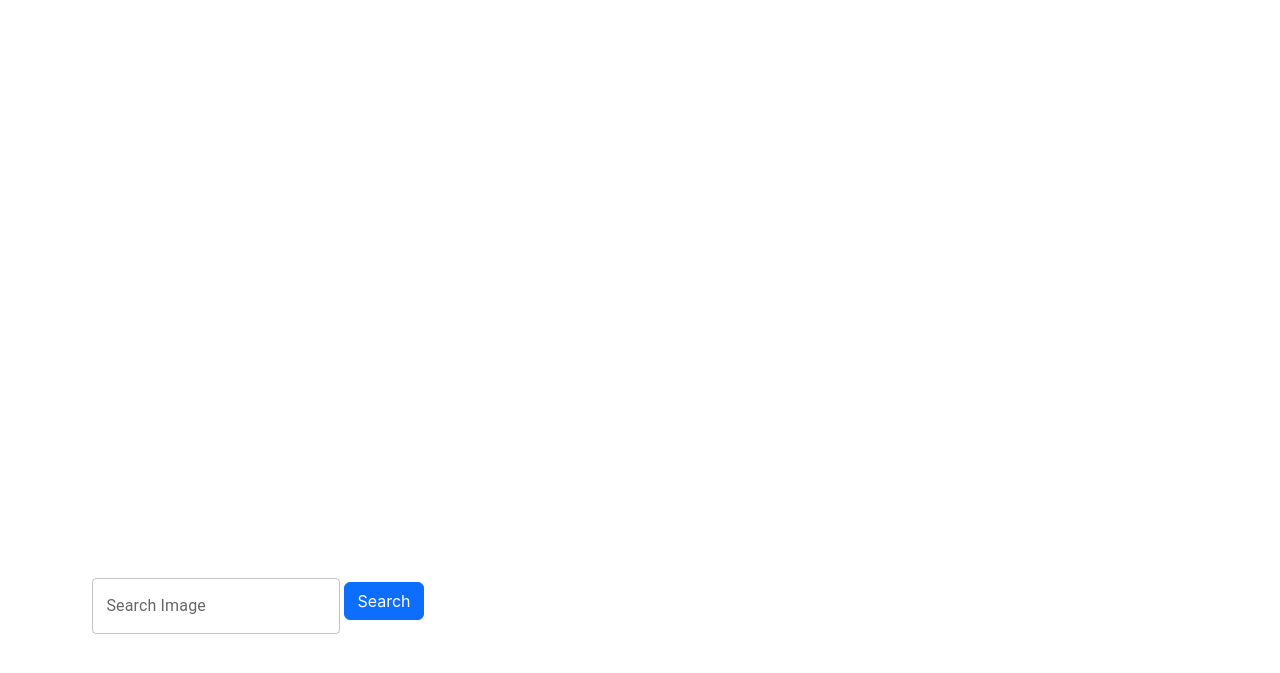
Repository: mohit78911/Snapshot
Page: /
The author's editor kept a copy of each file at every save. The page is drawn from the files as they stood at one save, then again after the next save.
The browser window is 1280 px wide. The pictures show the whole page.
The project was rebuilt for these pictures with package versions that can differ from the ones it lists, and the page was loaded fresh each time.

Above is the page before, as saved 2023-09-01 10:45:51.

### public/index.html
<!DOCTYPE html>
<html lang="en">
  <head>
    <meta charset="utf-8" />
    <link rel="icon" href="%PUBLIC_URL%/favicon.ico" />
    <link href="https://cdn.jsdelivr.net/npm/bootstrap@5.3.1/dist/css/bootstrap.min.css" rel="stylesheet" integrity="sha384-4bw+/aepP/YC94hEpVNVgiZdgIC5+VKNBQNGCHeKRQN+PtmoHDEXuppvnDJzQIu9" crossorigin="anonymous">
    <meta name="viewport" content="width=device-width, initial-scale=1" />
    <meta name="theme-color" content="#000000" />
    <meta
      name="description"
      content="Web site created using create-react-app"
    />
    <link rel="apple-touch-icon" href="%PUBLIC_URL%/logo192.png" />

    <link rel="manifest" href="%PUBLIC_URL%/manifest.json" />

    <title>React App</title>
  </head>
  <body style="text-align: center;">
    <noscript>You need to enable JavaScript to run this app.</noscript>
    <div id="root"></div>
    <script src="https://cdn.jsdelivr.net/npm/bootstrap@5.3.1/dist/js/bootstrap.bundle.min.js" integrity="sha384-HwwvtgBNo3bZJJLYd8oVXjrBZt8cqVSpeBNS5n7C8IVInixGAoxmnlMuBnhbgrkm" crossorigin="anonymous"></script>
  </body>
</html>

### src/App.js
import { Box } from "@mui/material";
import React from "react";
import SnapShot from "./snapshot/SnapShot";
console.log("hey i am snapshot Component")
export default function App() {
  return (
    <Box>
      <SnapShot />
    </Box>
  );
}

### src/snapshot/SnapShot.js
import React, { useEffect, useState } from "react";
import axios from "axios";
import "../App.css";

import SnapshotTable from "./SnapshotTable";
import SearchBox from "./SearchBox";

export default function SnapShot() {
  const [image, setImage] = useState("");
  const [data, setData] = useState([]);
  const getData = (e) => {
    e.preventDefault();
    axios
      .get(
        `https://api.unsplash.com/search/collections?page=1&query=${image}&client_id=-DzO7DyFZFBUXuUjR2Tb8dbbi8Qcg40oNw2kVfqoREI`
      )
      .then((result) => {
        setData(result.data.results[0].preview_photos);
        // console.log(result.data.results[0].preview_photos);
      })
      .catch((error) => console.log(error));
  };

  // useEffect(() => {
  //   getData();
  // }, []);

  console.log(data);
  return (
    <div class="container">
    <div class="row">
      <div class="col-4" className="firstColoum">
      <SearchBox setImage={setImage} image={image} getData={getData} />
      </div>
      <div class="col-8">
      <SnapshotTable data={data} />
      </div>
    </div>
    </div>
  );
}

### src/App.css
.App {
  text-align: center;
}

.App-logo {
  height: 40vmin;
  pointer-events: none;
}

@media (prefers-reduced-motion: no-preference) {
  .App-logo {
    animation: App-logo-spin infinite 20s linear;
  }
}

.App-header {
  background-color: #282c34;
  min-height: 100vh;
  display: flex;
  flex-direction: column;
  align-items: center;
  justify-content: center;
  font-size: calc(10px + 2vmin);
  color: white;
}

.App-link {
  color: #61dafb;
}

@keyframes App-logo-spin {
  from {
    transform: rotate(0deg);
  }

  to {
    transform: rotate(360deg);
  }
}

.firstColoum{
  margin-top: 50%;
}

### src/snapshot/SnapshotTable.js
import React from "react";
import "./SnapshotCss.css";

function SnapshotTable({ data }) {
  return (
    <div>
      <div>
        {data.map((value, i) => {
          return (
            <tr key={i} className="imgdisplay">
              <td>
                <div className="card" style={{ width: "18rem" }}>
                  <img className="card-img-top" src={value.urls.regular} />
                </div>
              </td>
            </tr>
          );
        })}
      </div>
    </div>
  );
}

export default SnapshotTable;

### src/snapshot/SearchBox.js
import React from "react";
import { TextField } from "@mui/material";
import "./SearchBox.css"

function SearchBox({ getData, setImage, image }) {
  return (
    <div>
      <div>
        <form onSubmit={getData} className="mt-2">
          <TextField
            value={image}
            onChange={(e) => setImage(e.target.value)}
            label="Search Image"
          />
          <button type="submit" className="btn btn-primary m-1">
            Search
          </button>
        </form>
      </div>
    </div>
  );
}

export default SearchBox;

### src/snapshot/SnapshotCss.css
.imgdisplay {
    display:inline-flex;
    margin-top: 15px;
    /* justify-content: center;
    align-items: center;
    align-content: center; */
}

*{
    flex: 5;
}

### src/snapshot/SearchBox.css
*{
    flex: 5;
}

Loaded but not shown: src/index.js (common file); src/index.css (common file); src/reportWebVitals.js (common file)

After the next save:
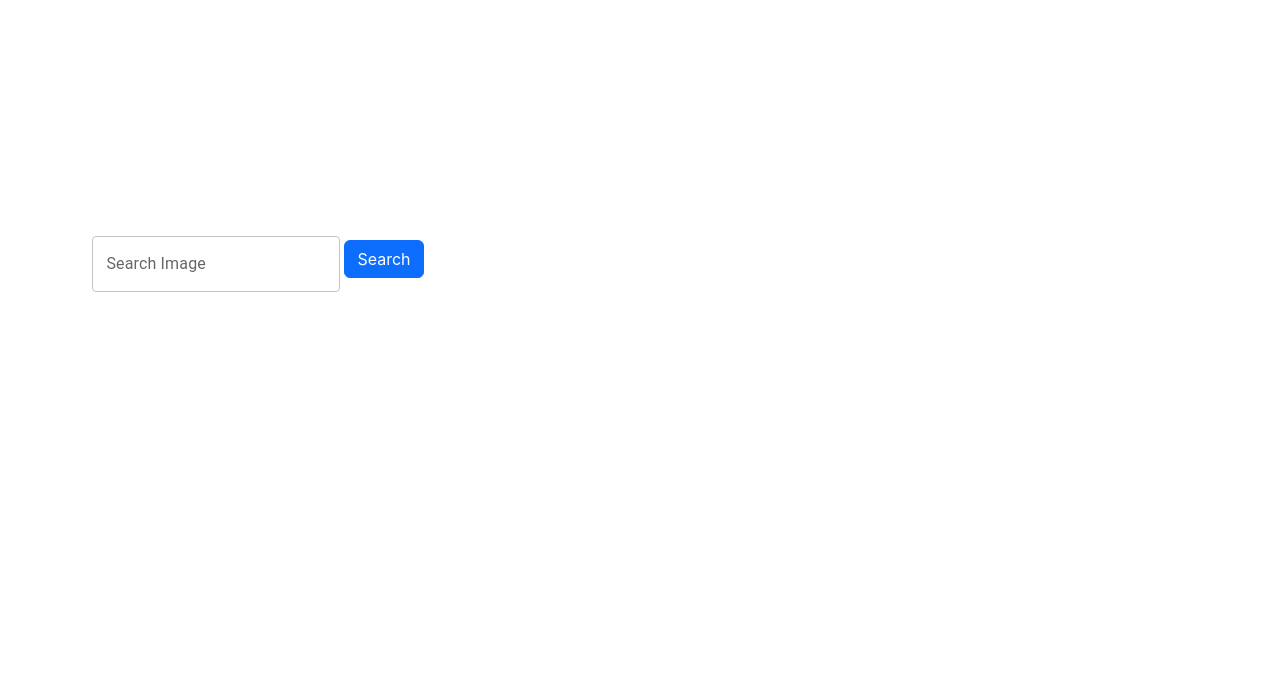
Saved 5 s later.
--- a/src/App.css
+++ b/src/App.css
@@ -39,5 +39,5 @@
 }
 
 .firstColoum{
-  margin-top: 50%;
+  margin-top: 20%;
 }
